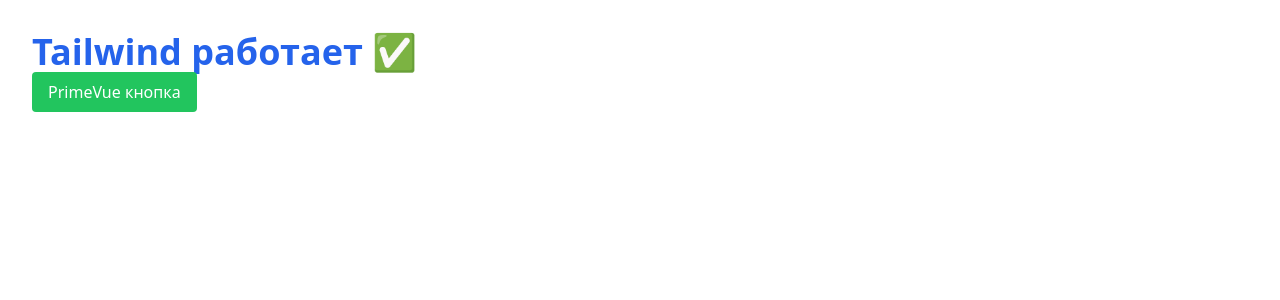
Repository: kottuzik/200apps-exercise
Page: / (app in vue-dashboard-template/)
The author's editor kept a copy of each file at every save. The page is drawn from the files as they stood at one save, then again after the next save.
The browser window is 1280 px wide. The pictures show the whole page.
The project was rebuilt for these pictures with package versions that can differ from the ones it lists, and the page was loaded fresh each time. Also part of the build but not shown: vue-dashboard-template/vite.config.js.

Above is the page before, as saved 2025-07-10 17:42:32.
Not found: main.js

### vue-dashboard-template/index.html
<!DOCTYPE html>
<html lang="en">
  <head>
    <meta charset="UTF-8" />
    <meta name="viewport" content="width=device-width, initial-scale=1.0" />
    <title>Dashboard</title>
  </head>
  <body>
    <div id="app"></div>
    <script type="module" src="/main.js"></script>
  </body>
</html>

### vue-dashboard-template/src/main.js
import { createApp } from 'vue'
import PrimeVue from 'primevue/config'
import './assets/tailwind.css'
import App from './App.vue'

const app = createApp(App)
app.use(PrimeVue, { unstyled: true })
app.mount('#app')

### vue-dashboard-template/src/App.vue
<template>
  <div class="p-8">
    <h1 class="text-4xl font-bold text-blue-600">Tailwind работает ✅</h1>
    <Button label="PrimeVue кнопка" class="bg-green-500 text-white px-4 py-2 rounded" />
  </div>
</template>

<script setup>
import Button from 'primevue/button'
</script>

Loaded but not shown: vue-dashboard-template/src/assets/tailwind.css (common file); vue-dashboard-template/tailwind.config.js (common file)

After the next save:
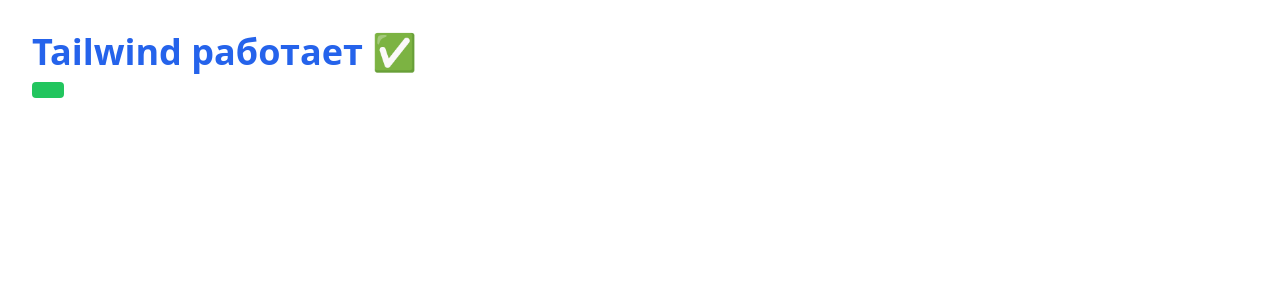
Saved 15 min 44 s later.
--- a/vue-dashboard-template/src/App.vue
+++ b/vue-dashboard-template/src/App.vue
@@ -5,6 +5,6 @@
   </div>
 </template>
 
-<script setup>
+<!-- <script setup>
 import Button from 'primevue/button'
-</script>
+</script> -->

After the 2 saves that followed:
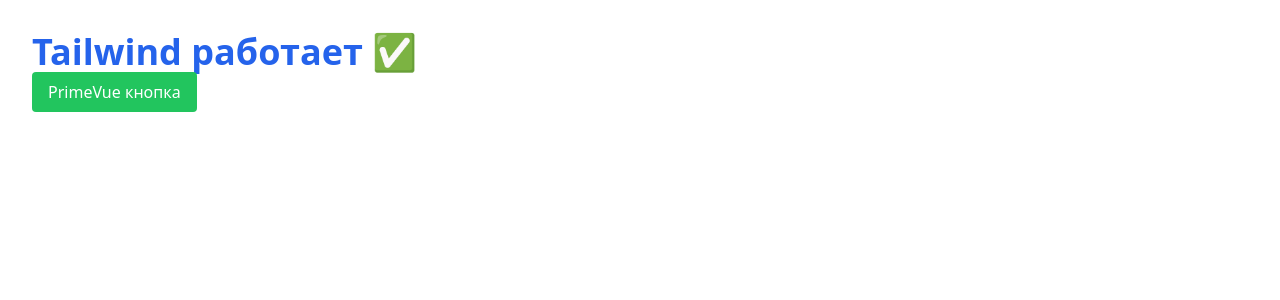
The 2 saves are shown as one change because 1 left the picture as it was.
The last was saved 2 min 11 s later.
--- a/vue-dashboard-template/index.html
+++ b/vue-dashboard-template/index.html
@@ -7,6 +7,6 @@
   </head>
   <body>
     <div id="app"></div>
-    <script type="module" src="/main.js"></script>
+    <script type="module" src="/src/main.js"></script>
   </body>
 </html>
--- a/vue-dashboard-template/src/App.vue
+++ b/vue-dashboard-template/src/App.vue
@@ -5,6 +5,6 @@
   </div>
 </template>
 
-<!-- <script setup>
+<script setup>
 import Button from 'primevue/button'
-</script> -->
+</script>
